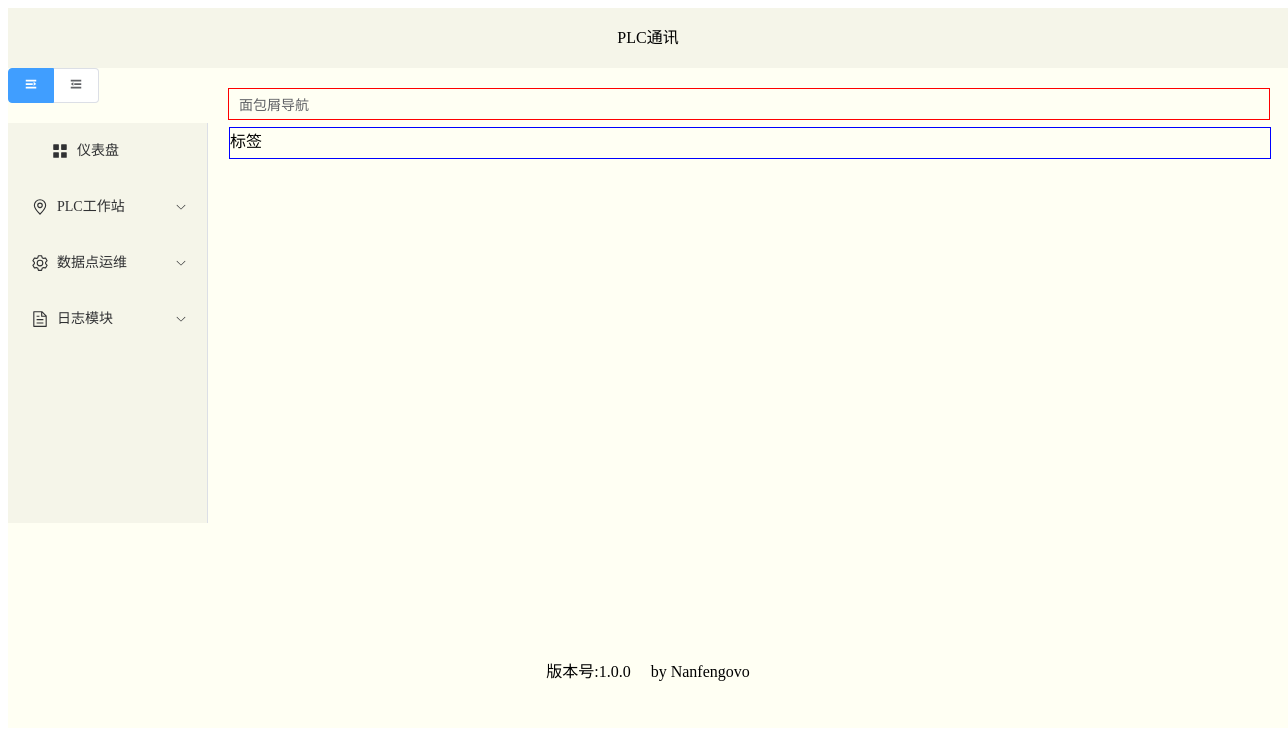
Repository: nanfengovo/HelperWorkStation
Page: /#/framework (app in HelperWorkStation/plchelper-ui/)
An editor plug-in stored every save of this project. The page is shown before and after the next save, followed by the edit.
The browser window is 1280 px wide. The page is 1288 px wide, so the pictures cover 1288 px, including what lies to the right of the window. The pictures show the whole page.
The project was rebuilt for these pictures with package versions that can differ from the ones it lists, and the page was loaded fresh each time. Also part of the build but not shown: HelperWorkStation/plchelper-ui/vite.config.ts, HelperWorkStation/plchelper-ui/src/views/Login/index.vue.

Above is the page before, as saved 2024-12-27 11:25:18.

After the next save:
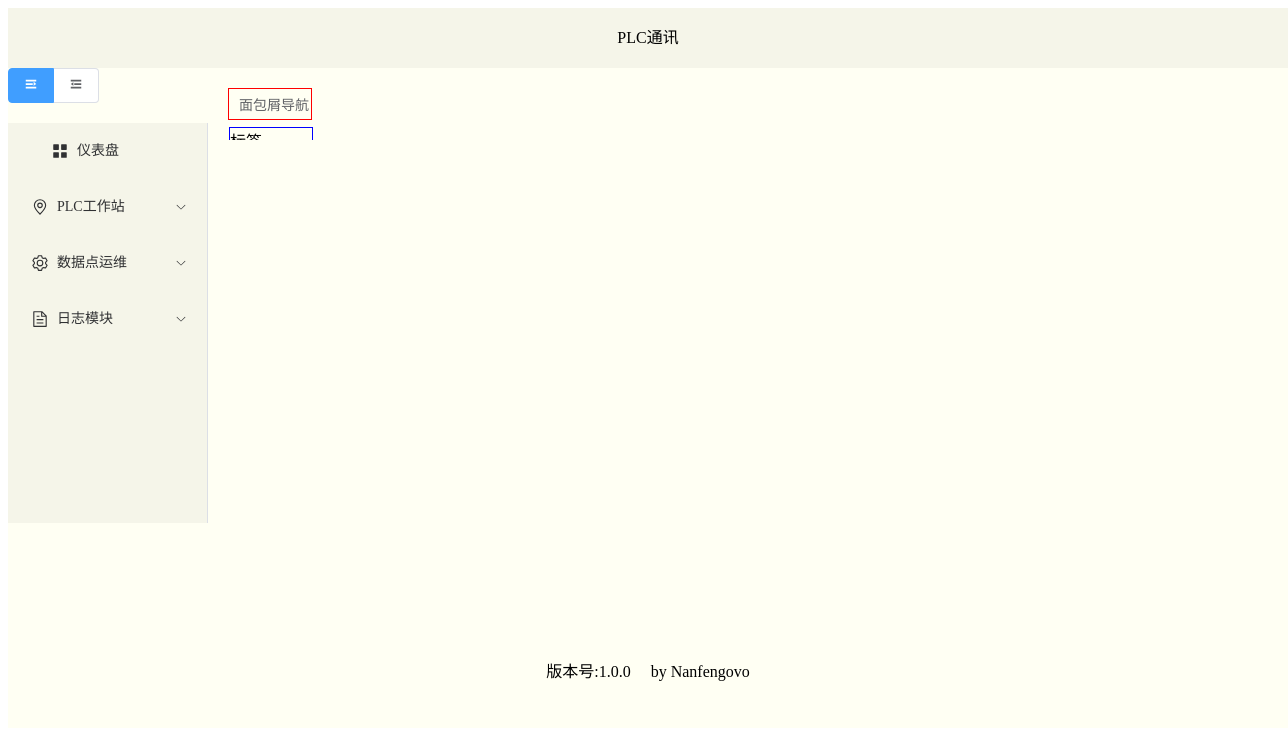
Saved 32 s later.
--- a/HelperWorkStation/plchelper-ui/src/views/FrameWork/index.vue
+++ b/HelperWorkStation/plchelper-ui/src/views/FrameWork/index.vue
@@ -64,7 +64,8 @@
                     </el-menu>
                 </el-aside>
                     <el-container>
-                        <el-main>
+                        <div>
+                            <el-main>
                             <div class="main-header">
                             <div class="main-header-breadcrumb">
                                 <!-- 面包屑 -->
@@ -81,6 +82,8 @@
                         </div>
                             <RouterView/>
                         </el-main>
+                        </div>
+
                     </el-container>
             </el-container>
                 <el-footer class="fixed-footer" >

After the save that followed:
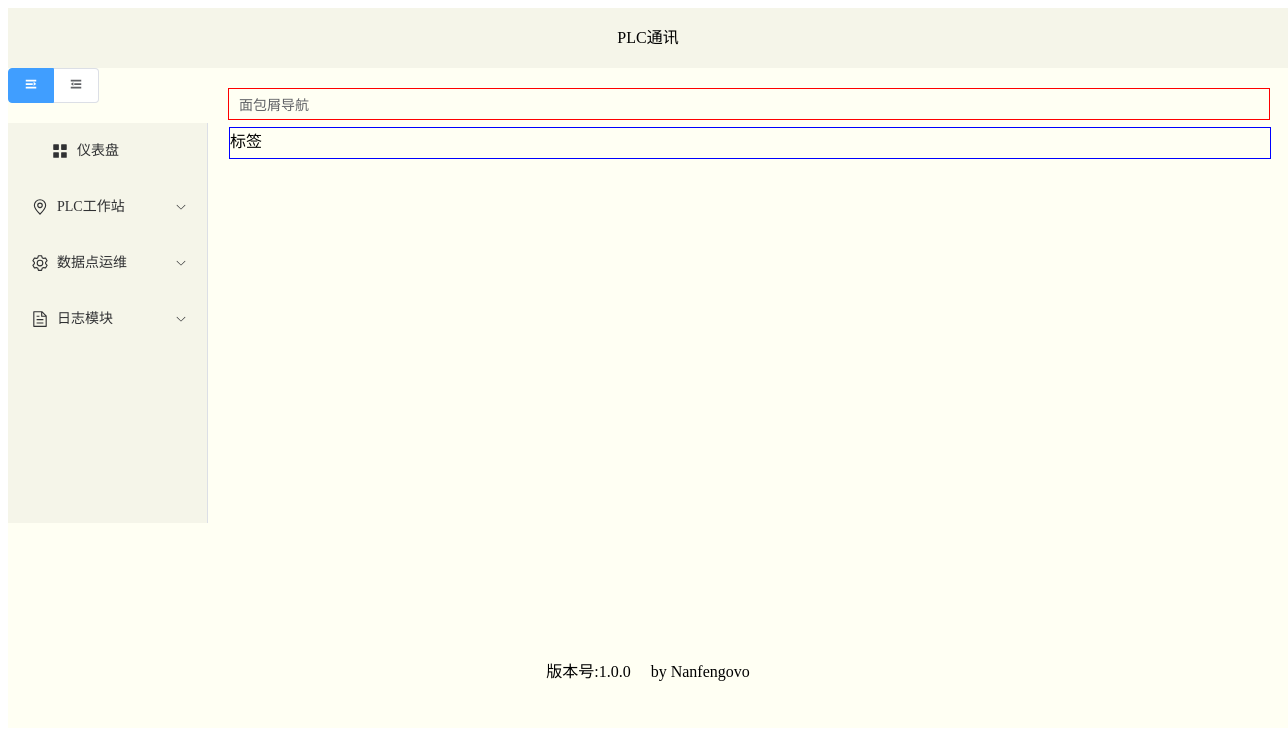
Saved 13 s later.
--- a/HelperWorkStation/plchelper-ui/src/views/FrameWork/index.vue
+++ b/HelperWorkStation/plchelper-ui/src/views/FrameWork/index.vue
@@ -64,8 +64,7 @@
                     </el-menu>
                 </el-aside>
                     <el-container>
-                        <div>
-                            <el-main>
+                        <el-main>
                             <div class="main-header">
                             <div class="main-header-breadcrumb">
                                 <!-- 面包屑 -->
@@ -82,8 +81,6 @@
                         </div>
                             <RouterView/>
                         </el-main>
-                        </div>
-
                     </el-container>
             </el-container>
                 <el-footer class="fixed-footer" >
